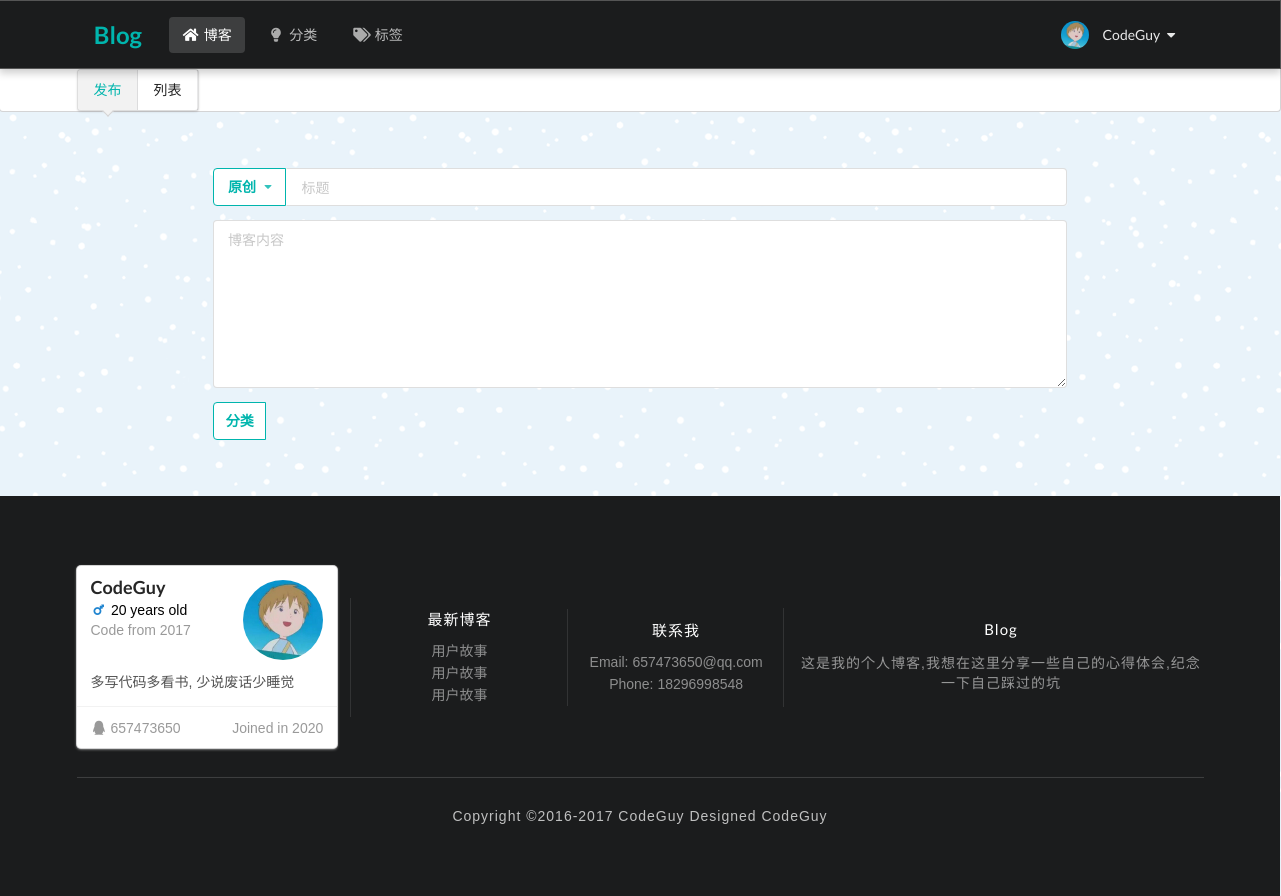
Repository: GOGOHQ/myblog
Page: admin/blog_input.html
The author's editor kept a copy of each file at every save. The page is drawn from the files as they stood at one save, then again after the next save.
The browser window is 1280 px wide. The page is 1281 px wide, so the pictures cover 1281 px, including what lies to the right of the window. The pictures show the whole page.
Some web libraries are served in a nearby version.

Above is the page before, as saved 2020-01-19 09:05:59.

After the next save:
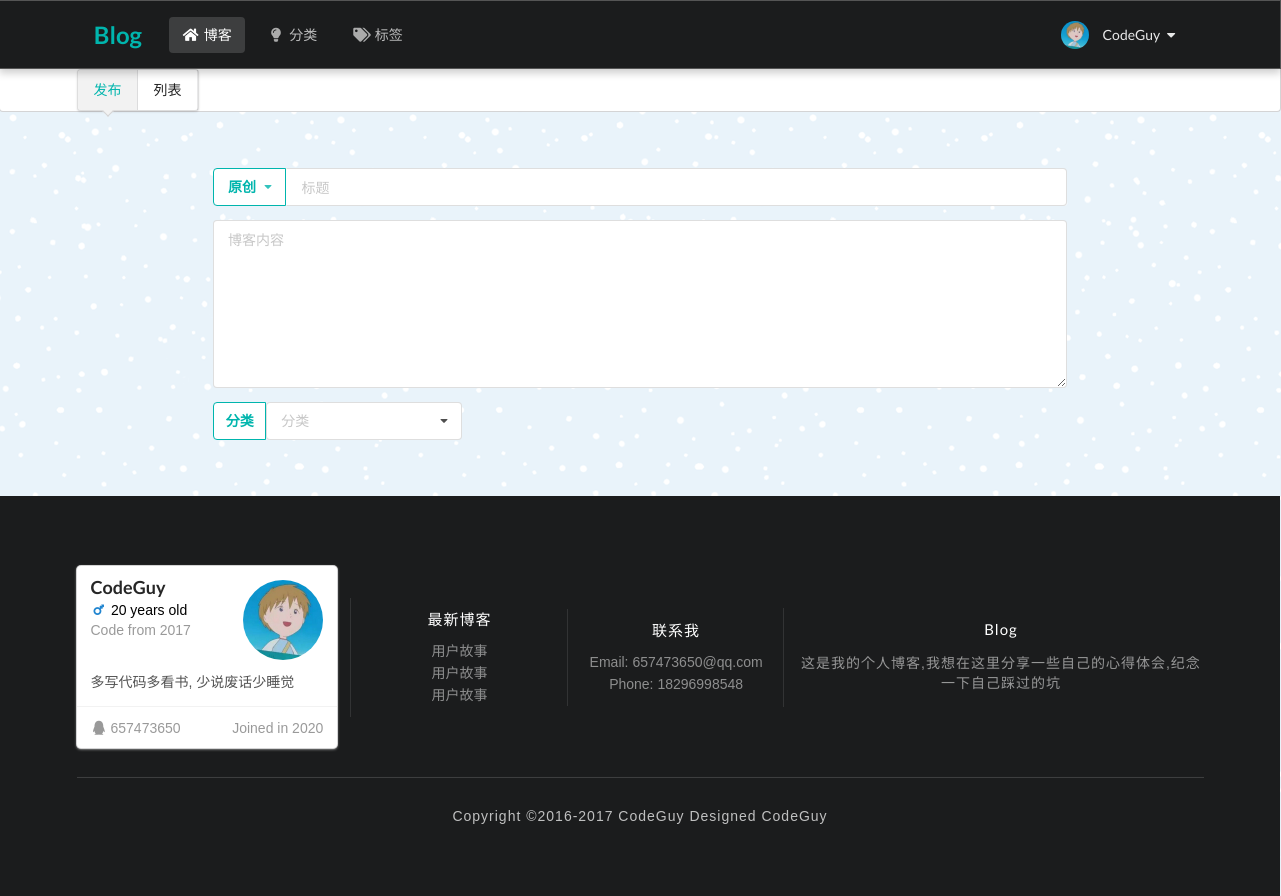
Saved 2 min 3 s later.
--- a/admin/blog_input.html
+++ b/admin/blog_input.html
@@ -72,6 +72,15 @@
                 <div class="field">
                     <div class="ui left labeled input">
                         <label class="ui compact teal basic label">分类</label>
+                        <div class="ui selection dropdown">
+                            <input type="hidden">
+                            <i class="dropdown icon"></i>
+                            <div class="default text">分类</div>
+                            <div class="menu">
+                                <div class="item" data-value="1">错误日志</div>
+                                <div class="item" data-value="2">开发者手册</div>
+                            </div>
+                        </div>
                     </div>
                 </div>
                 <div class="field"></div>
